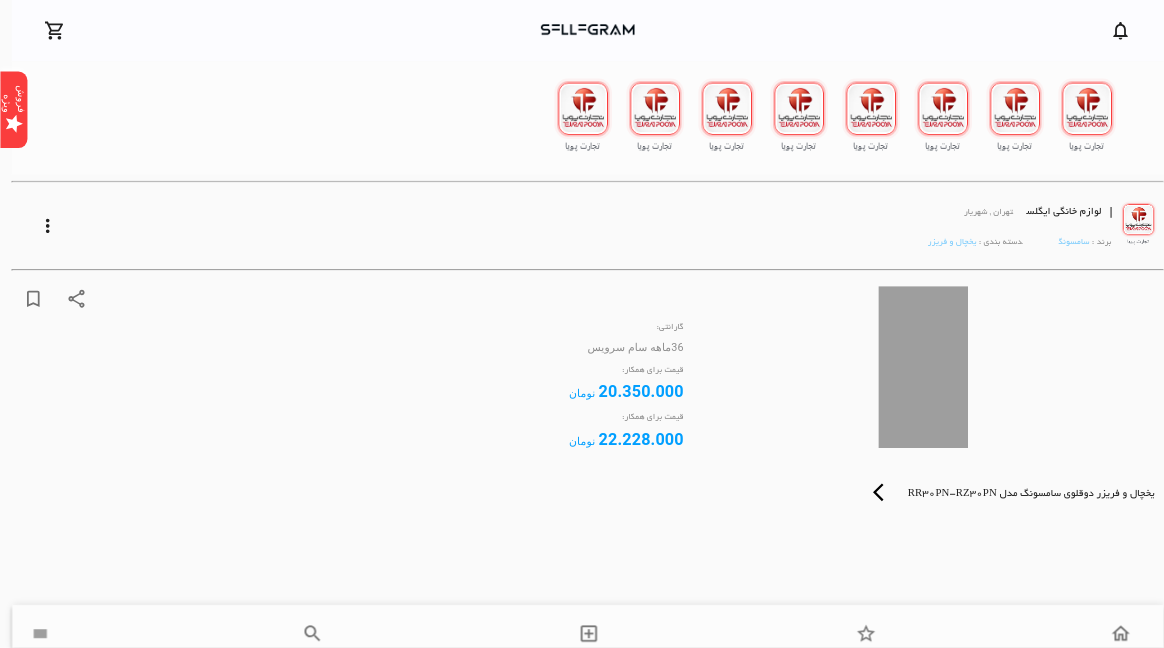
Repository: sadegh1379/selegram
Page: /login-4
The author's editor kept a copy of each file at every save. The page is drawn from the files as they stood at one save, then again after the next save.
The browser window is 1280 px wide. The page is 1293 px wide, so the pictures cover 1293 px, including what lies to the right of the window. The pictures show the whole page, at 90% of full size.
Pictures or frames that could not be fetched are drawn as grey boxes. The project was rebuilt for these pictures with package versions that can differ from the ones it lists, and the page was loaded fresh each time. Also part of the build but not shown: src/components/login/Login.js, src/components/login/LoginOne.js, src/components/login/LoginThree.js.

Above is the page before, as saved 2020-09-09 13:33:58.

After the next save:
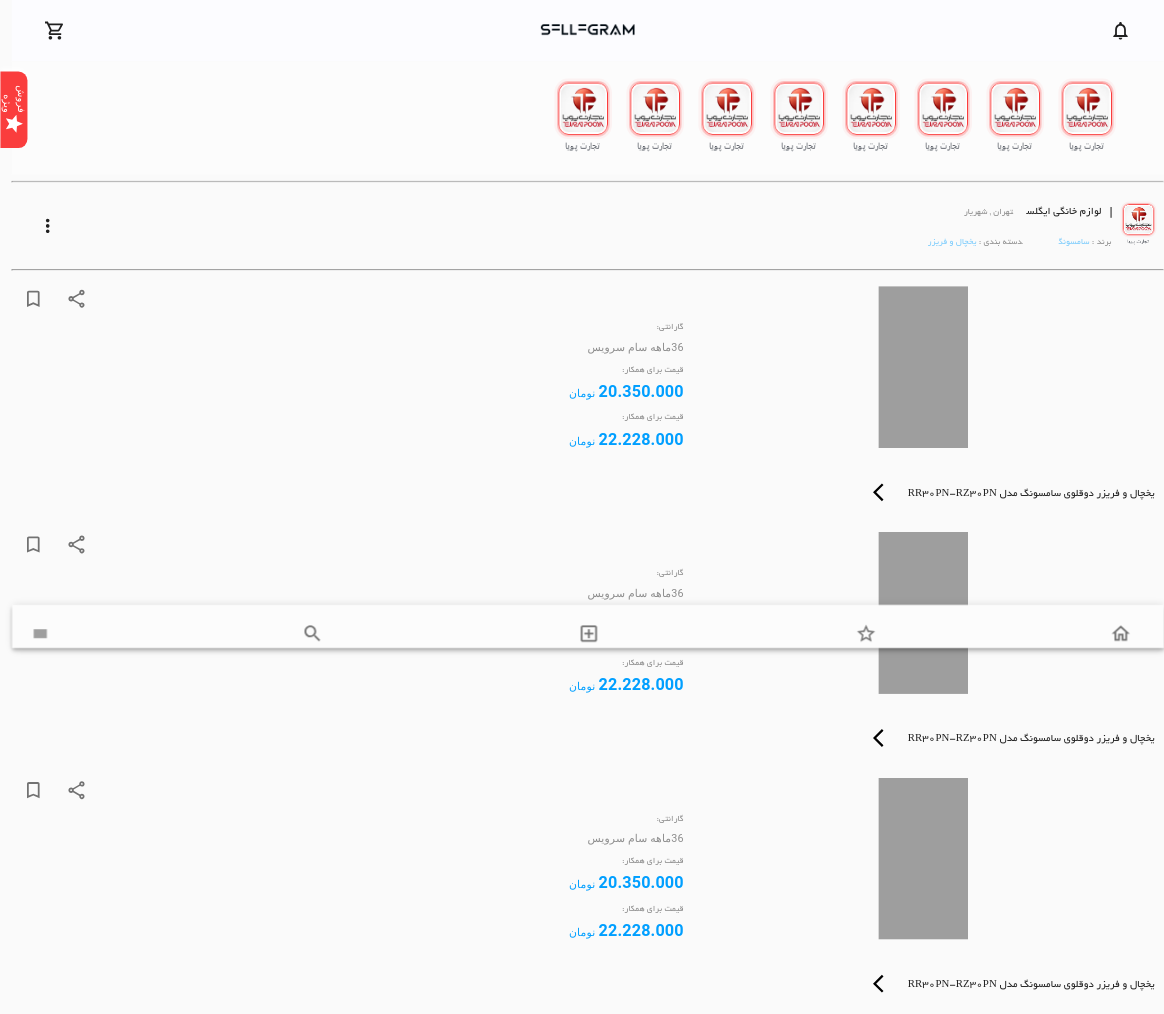
Saved 31 s later.
--- a/src/components/body/LoginFour.js
+++ b/src/components/body/LoginFour.js
@@ -117,6 +117,66 @@
                 </IconButton>
             </Grid>
 
+            <Grid className={classes.body}>
+                <Grid className={classes.bodyImg} item md={5} sm={5} xs={5}>
+                    <img style={{width:'100px' , height:'180px' ,imageResolution:'from-image'}} src={data.select} alt=""/>
+                </Grid>
+                <Grid item md={7} sm={7} xs={7}>
+                    <div  className="text-left">
+                        <IconButton>
+                             <ShareOutlinedIcon/>
+                        </IconButton>
+                        <IconButton>
+                              <BookmarkBorderIcon/>
+                        </IconButton>
+
+                    </div>
+                    <div  style={{lineHeight:'10px'}}>
+                            <span className="font-10-px opacity font-yekan">گارانتی:</span><p className="font-12-px opacity">36ماهه سام سرویس</p>
+                            <span className="font-10-px opacity font-yekan">قیمت برای همکار:</span><p ><span className="money-color">20.350.000</span> <span className="toman-blue">نومان</span> </p>
+                            <span className="font-10-px opacity font-yekan">قیمت برای همکار:</span><p ><span className="money-color">22.228.000</span> <span className="toman-blue">نومان</span> </p>
+
+                    </div>
+
+                </Grid>
+            </Grid>
+            <Grid className={classes.getArrow}>
+                <span className="font-12-px font-yekan"> یخچال و فریزر دوقلوی سامسونگ مدل RR30PN-RZ30PN </span>
+                <IconButton >
+                        <ArrowBackIosIcon className={classes.color_black}/>
+                </IconButton>
+            </Grid>
+
+            <Grid className={classes.body}>
+                <Grid className={classes.bodyImg} item md={5} sm={5} xs={5}>
+                    <img style={{width:'100px' , height:'180px' ,imageResolution:'from-image'}} src={data.select} alt=""/>
+                </Grid>
+                <Grid item md={7} sm={7} xs={7}>
+                    <div  className="text-left">
+                        <IconButton>
+                             <ShareOutlinedIcon/>
+                        </IconButton>
+                        <IconButton>
+                              <BookmarkBorderIcon/>
+                        </IconButton>
+
+                    </div>
+                    <div  style={{lineHeight:'10px'}}>
+                            <span className="font-10-px opacity font-yekan">گارانتی:</span><p className="font-12-px opacity">36ماهه سام سرویس</p>
+                            <span className="font-10-px opacity font-yekan">قیمت برای همکار:</span><p ><span className="money-color">20.350.000</span> <span className="toman-blue">نومان</span> </p>
+                            <span className="font-10-px opacity font-yekan">قیمت برای همکار:</span><p ><span className="money-color">22.228.000</span> <span className="toman-blue">نومان</span> </p>
+
+                    </div>
+
+                </Grid>
+            </Grid>
+            <Grid className={classes.getArrow}>
+                <span className="font-12-px font-yekan"> یخچال و فریزر دوقلوی سامسونگ مدل RR30PN-RZ30PN </span>
+                <IconButton >
+                        <ArrowBackIosIcon className={classes.color_black}/>
+                </IconButton>
+            </Grid>
+
             {/* bottom app bar */}
             <BottomAppBar img={data.select}/>
         </React.Fragment>
